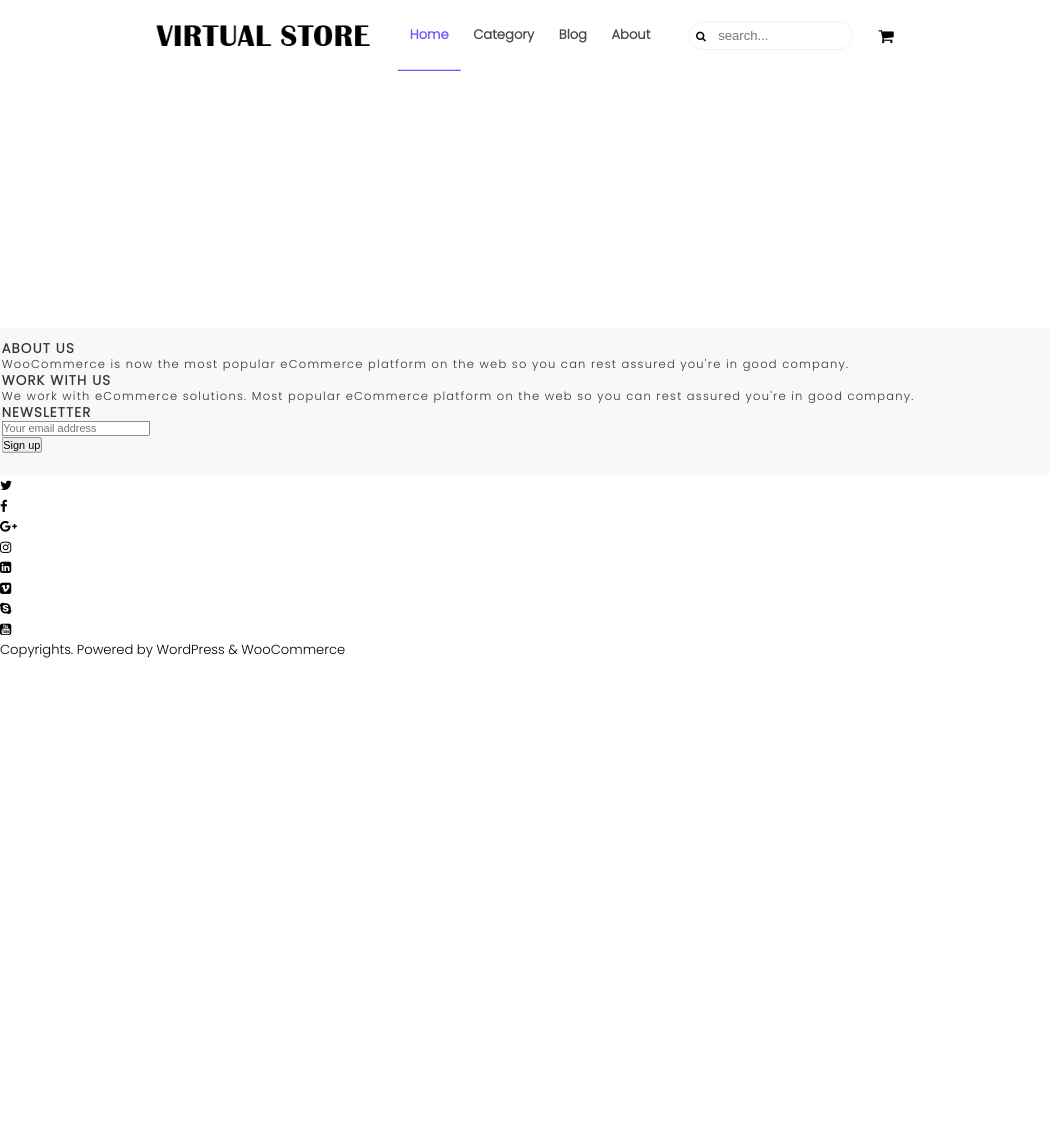
Repository: dungle03/tke_web_nhom_15
Page: index.html
The author's editor kept a copy of each file at every save. The page is drawn from the files as they stood at one save, then again after the next save.
The browser window is 1280 px wide. The pictures show the whole page, at 82% of full size.

Above is the page before, as saved 2022-09-13 01:58:18.
Not found: resest.css

### index.html
<!DOCTYPE html>
<html lang="en">
<head>
    <meta charset="UTF-8">
    <meta http-equiv="X-UA-Compatible" content="IE=edge">
    <meta name="viewport" content="width=device-width, initial-scale=1.0">
    <title>Home</title>
    <link
    rel="stylesheet"
    href="https://cdnjs.cloudflare.com/ajax/libs/font-awesome/4.7.0/css/font-awesome.min.css"
    integrity="sha512-SfTiTlX6kk+qitfevl/7LibUOeJWlt9rbyDn92a1DqWOw9vWG2MFoays0sgObmWazO5BQPiFucnnEAjpAB+/Sw=="
    crossorigin="anonymous"
  />
  <link href="https://fonts.googleapis.com/css2?family=Poppins:wght@300&display=swap" rel="stylesheet">
    <link rel="stylesheet" href="./resest.css">
    <link rel="stylesheet" href="./CSS/header.css">
    <link rel="stylesheet"  href="./CSS/footer.css">
</head>
<body>
    <div class="main-header">
        <div class="header">
            <div class="logo">
                <img src="./IMG/logo.png" alt="img">
            </div>
            <ul class="navi">
                <li class="item active"><a href="#" class="home">Home</a>
                </li>
                <li class="item"><a href="#" class="category">Category</a>
                </li>
                <li class="item"><a href="#" class="blog">Blog</a>
                </li>
                <li class="item"><a href="#" class="about">About</a>
                </li>
            </ul>
            <div class="wrap-search">
                <i class="fa fa-search icon-search"></i>
                <input type="text" class="input-search" placeholder="search...">
            </div>
            <i class="fa fa-shopping-cart icon-cart"></i>
        </div>
    </div>
    <!-- /////////////////////////////////////// -->
        <div class="footer">
            <div class="main-foot">
                <div class="container">
                    <div class="foot-col">
                        <h3 class="footer-title">ABOUT US</h3>
                        <div class="textwidget">WooCommerce is now the most popular eCommerce platform on the web so you can rest assured you're in good company.</div>
                    </div>
                    <div class="foot-col">
                        <h3 class="footer-title">WORK WITH US</h3>
                        <div class="textwidget">We work with eCommerce solutions. Most popular eCommerce platform on the web so you can rest assured you're in good company.</div>
                    </div>
                    <div class="foot-col">
                        <h3 class="footer-title">NEWSLETTER</h3>
                        <form class="newsletter">
                            <p>
                                <label for="EMAIL"></label>
                                <input type="email" name="EMAIL" placeholder="Your email address" required="">
                            </p>
                            <p>
                                <input type="submit" value="Sign up">
                            </p>
                        </form>
                    </div>
                </div>
            </div>
            <div class="bottom-foot">
                <div class="container">
                    <div class="foot-socials">
                        <ul>
                            <li><a href=""></a><i class="fa fa-twitter"></i></li>
                            <li><a href=""></a><i class="fa fa-facebook"></i></li>
                            <li><a href=""></a><i class="fa fa-google-plus"></i></li>
                            <li><a href=""></a><i class="fa fa-instagram"></i></li>
                            <li><a href=""></a><i class="fa fa-linkedin-square"></i></li>
                            <li><a href=""></a><i class="fa fa-vimeo-square"></i></li>
                            <li><a href=""></a><i class="fa fa-skype"></i></li>
                            <li><a href=""></a><i class="fa fa-youtube-square"></i></li>
                        </ul>
                        <p class="credits">Copyrights. Powered by WordPress &amp; WooCommerce</p>
                    </div>
                </div>
            </div>
        </div>
    </body>
    </html>

### CSS/header.css
html {
    font-family: "Poppins", sans-serif;
    box-sizing: border-box;
    font-size: 62.5%;

  }
  * {
    margin: 0;
    padding: 0;
  }
  *,
  *:before,
  *:after {
    box-sizing: border-box;
  }
  input,
  textarea,
  select,
  button {
    outline: none;
  }
  input {
    line-height: normal;
  }
  label,
  button {
    cursor: pointer;
  }
  a {
    text-decoration: none;
  }
  img {
    display: block;
    max-width: 100%;
  }
  body{
    height: 1000px;
  }
/* /////////// HEADER  /////////// */
.main-header{
  width: 100%;
  position: fixed;
  top: 0;
  left: 0;
  background-color: white;
  /* background-color: aqua; */
}
.header{
    width: 100%;
    padding:0 190px ;
    display: flex;
    align-items: center;
    justify-content: space-between;
}
  .logo{

}
.navi{
    display: flex;
    width: max-content;
}
.navi a{
  color: #4a4a4a;;

}
.navi li{
  list-style-type: none;
    /* width: max-content; */
    white-space: nowrap;
    padding:  30px 15px;
    cursor: pointer;
    color: #999;
    font-weight: 600;
    flex: 1;
    display: flex;
    align-items: center;
    justify-content: center;
    border-radius: inherit;
    border-bottom: 2px solid white;
}

.wrap-search{
  position: relative;
}
.icon-search{
  position: absolute;
  top: 50%;
  left: 15px;
  transform: translate(-50%,-50%);
  font-size: 13px;
}
.input-search{
  width: 200px;
  height: 35px;
  padding-left: 35px;
  border-radius: 20px;
  border: 1px solid #eee;
  font-size: 16px;
}

.icon-cart{
  font-size: 20px;
}
.navi .item.active a{
  color: #6a5af9;
}

.navi .item:hover{
    color: #6a5af9;
  border-bottom-color: currentColor;
}

.navi .item.active{
  border-bottom-color: #6a5af9;
}

/* FORTER */
.footer{
  margin-top: 400px;
}
.main-foot{
  background-color:
#f8f8f8;
background-position:
0px 0px;
color:#333333;
font-size:14px;
letter-spacing:1.5px;
line-height:19.6px;
padding:15px 1px 28px 2px;
}

### CSS/footer.css
html {
    font-family: "Poppins", sans-serif;
    box-sizing: border-box;
    font-size: 16px;

  }
  * {
    margin: 0;
    padding: 0;
  }
  *,
  *:before,
  *:after {
    box-sizing: border-box;
  }
  input,
  textarea,
  select,
  button {
    outline: none;
  }
  input {
    line-height: normal;
  }
  label,
  button {
    cursor: pointer;
  }
  a {
    text-decoration: none;
  }
  img {
    display: block;
    max-width: 100%;
  }

After the next save:
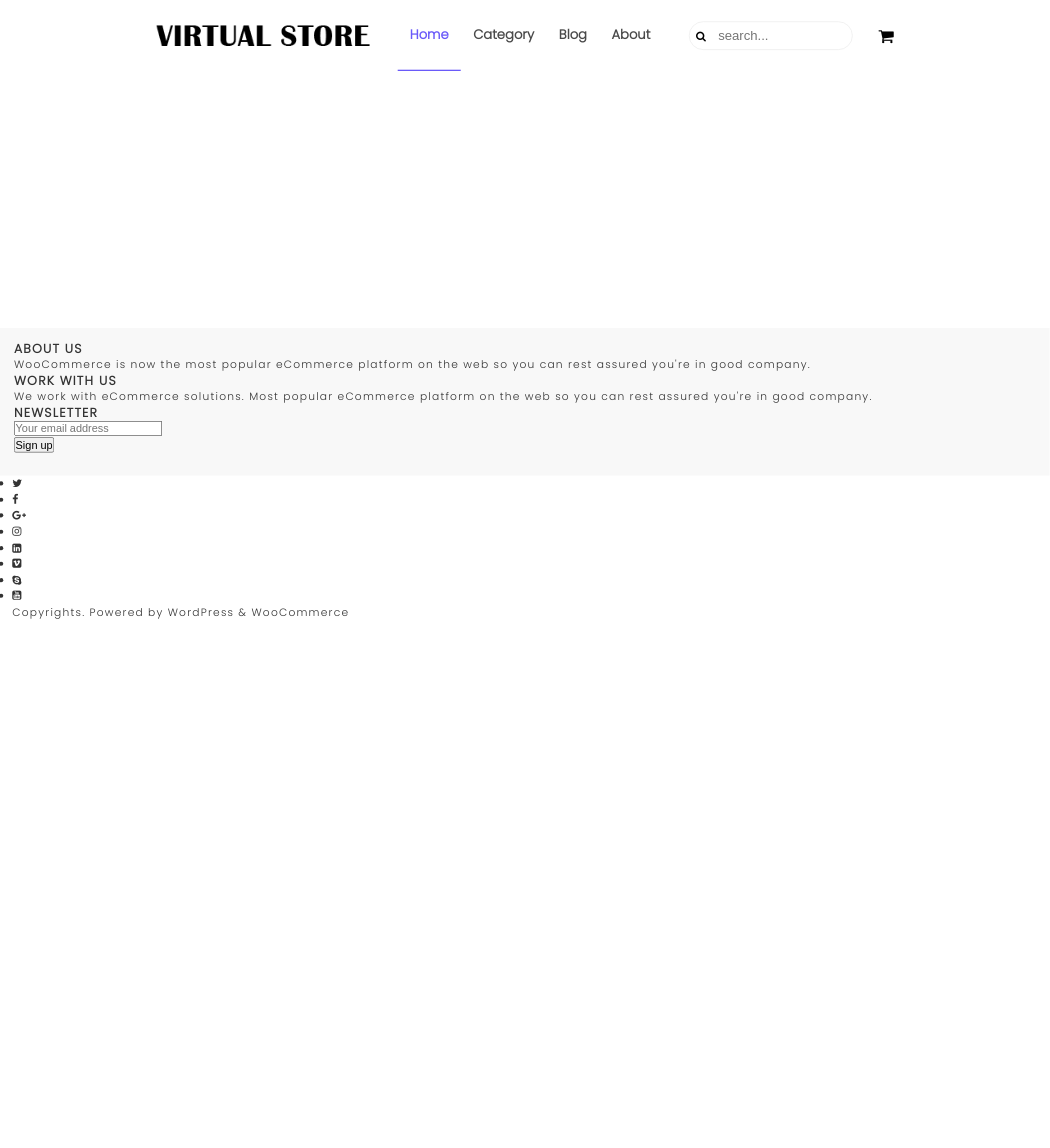
Saved 62 s later.
--- a/CSS/header.css
+++ b/CSS/header.css
@@ -129,3 +129,16 @@ letter-spacing:1.5px;
 line-height:19.6px;
 padding:15px 1px 28px 2px;
 }
+
+.container:first-child{
+  color:
+#333333;
+font-size:
+13px;
+letter-spacing:
+1.5px;
+line-height:
+19.6px;
+padding:
+0px 15px;
+}

After the save that followed:
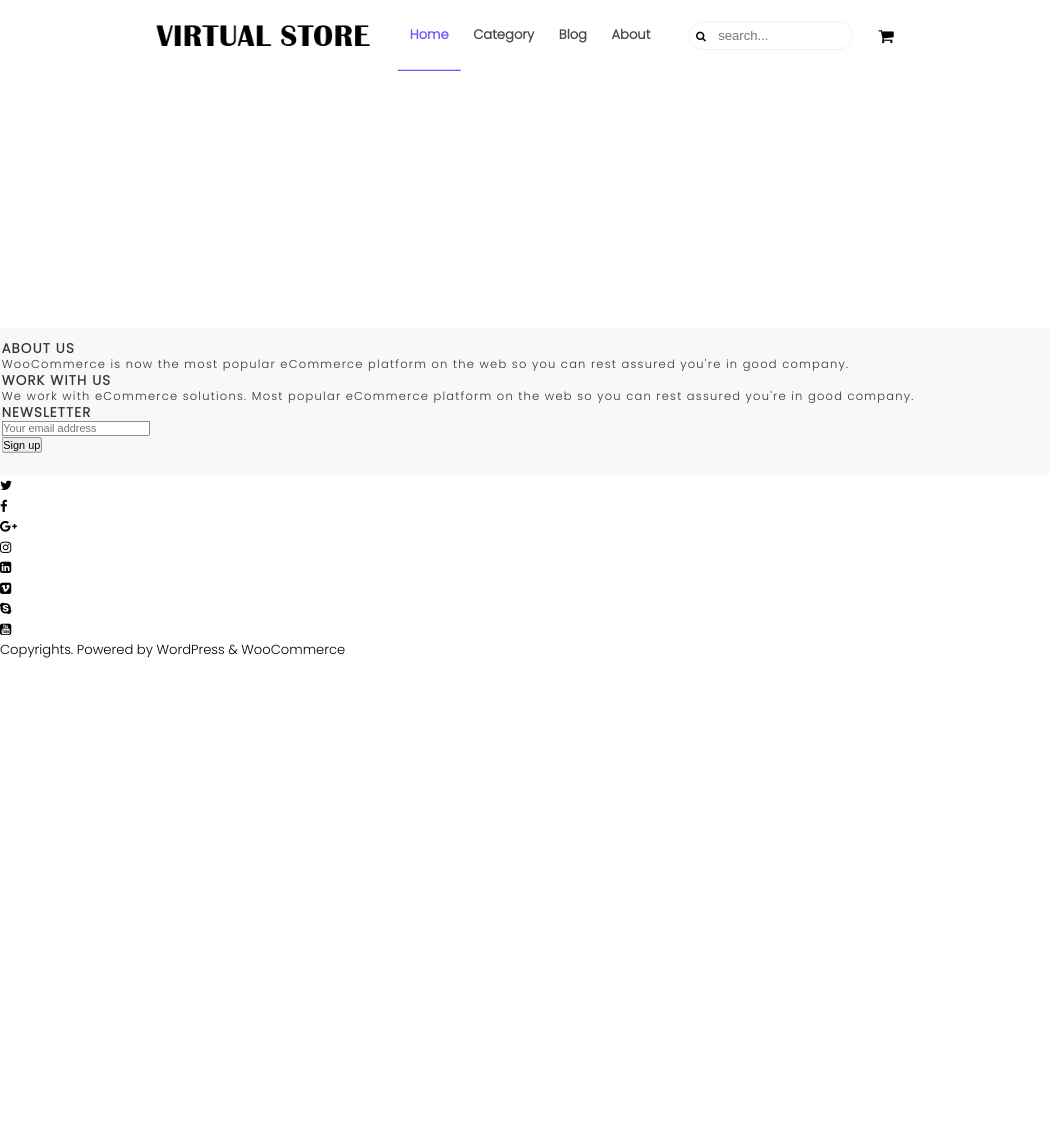
Saved 26 s later.
--- a/CSS/header.css
+++ b/CSS/header.css
@@ -130,7 +130,7 @@ line-height:19.6px;
 padding:15px 1px 28px 2px;
 }
 
-.container:first-child{
+/* .container:first-child{
   color:
 #333333;
 font-size:
@@ -141,4 +141,4 @@ line-height:
 19.6px;
 padding:
 0px 15px;
-}
+} */
